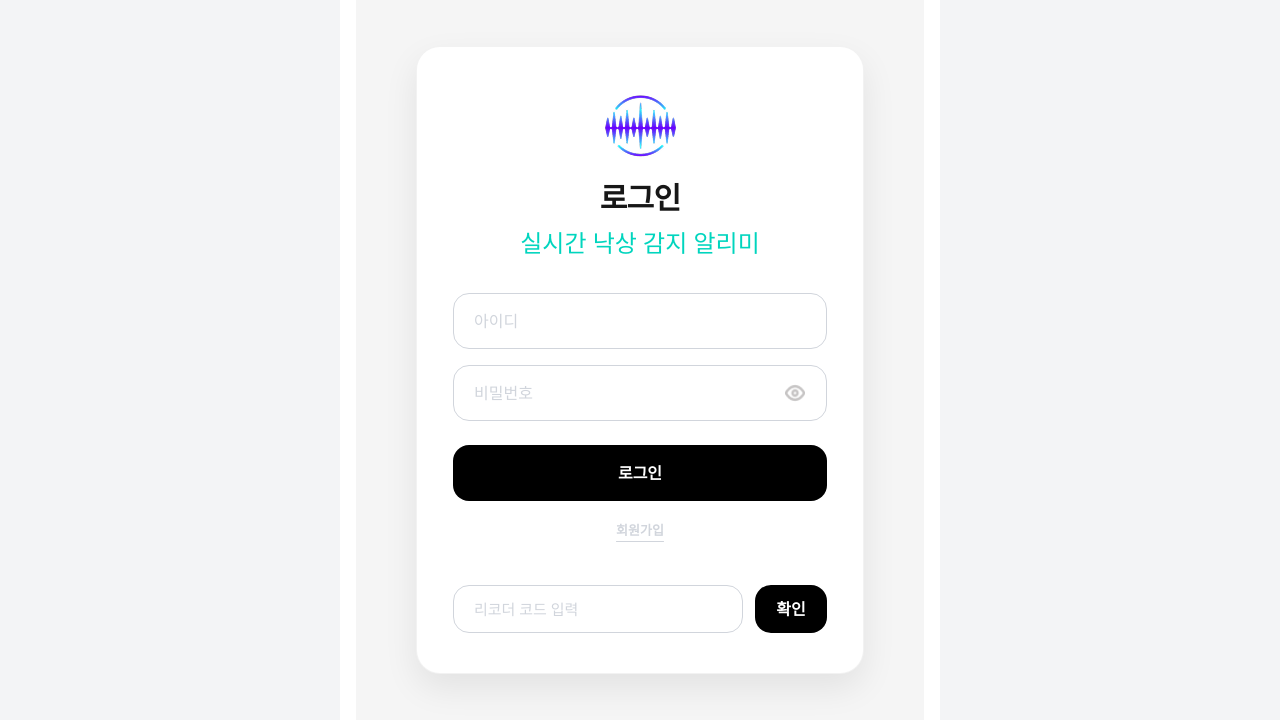
Repository: AudioFallCare/AudioFallCare_web
Page: /
These files come from the project's save history. The page is drawn as it stood at one moment and after the next save; the edit follows.
The browser window is 1280 px wide. The pictures show the whole page.
Some web fonts or font styles are not loaded; a fallback is used. The project was rebuilt for these pictures with package versions that can differ from the ones it lists, and the page was loaded fresh each time. Also part of the build but not shown: src/pages/Signup.jsx.

Above is the page before, as saved 2026-01-29 13:33:01.

After the next save:
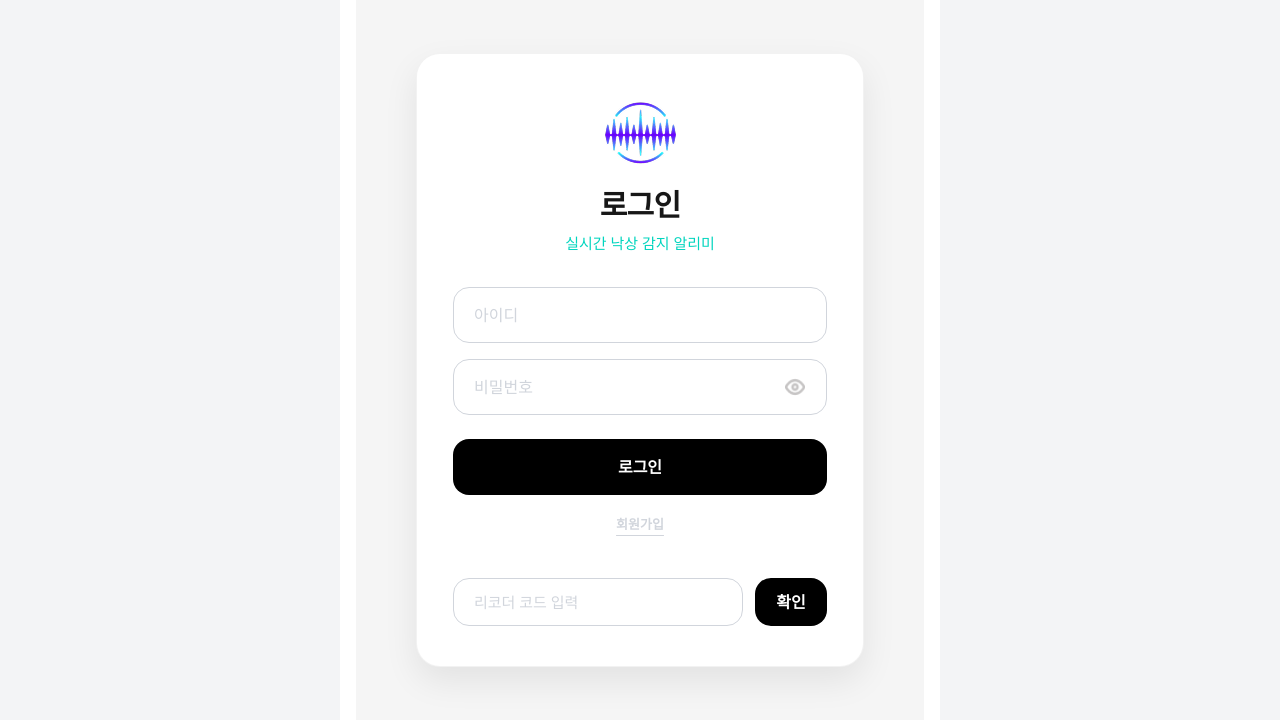
Saved 4 s later.
--- a/src/pages/Signin.jsx
+++ b/src/pages/Signin.jsx
@@ -31,7 +31,7 @@ const Login = () => {
           </div>
 
           <h1 className="text-[30px] font-[700] tracking-tight leading-none">로그인</h1>
-          <p className="mt-3 text-[24px] font-[500] text-teal-400">실시간 낙상 감지 알리미</p>
+          <p className="mt-3 text-[15px] font-[500] text-teal-400">실시간 낙상 감지 알리미</p>
         </div>
 
         {/* Form */}
